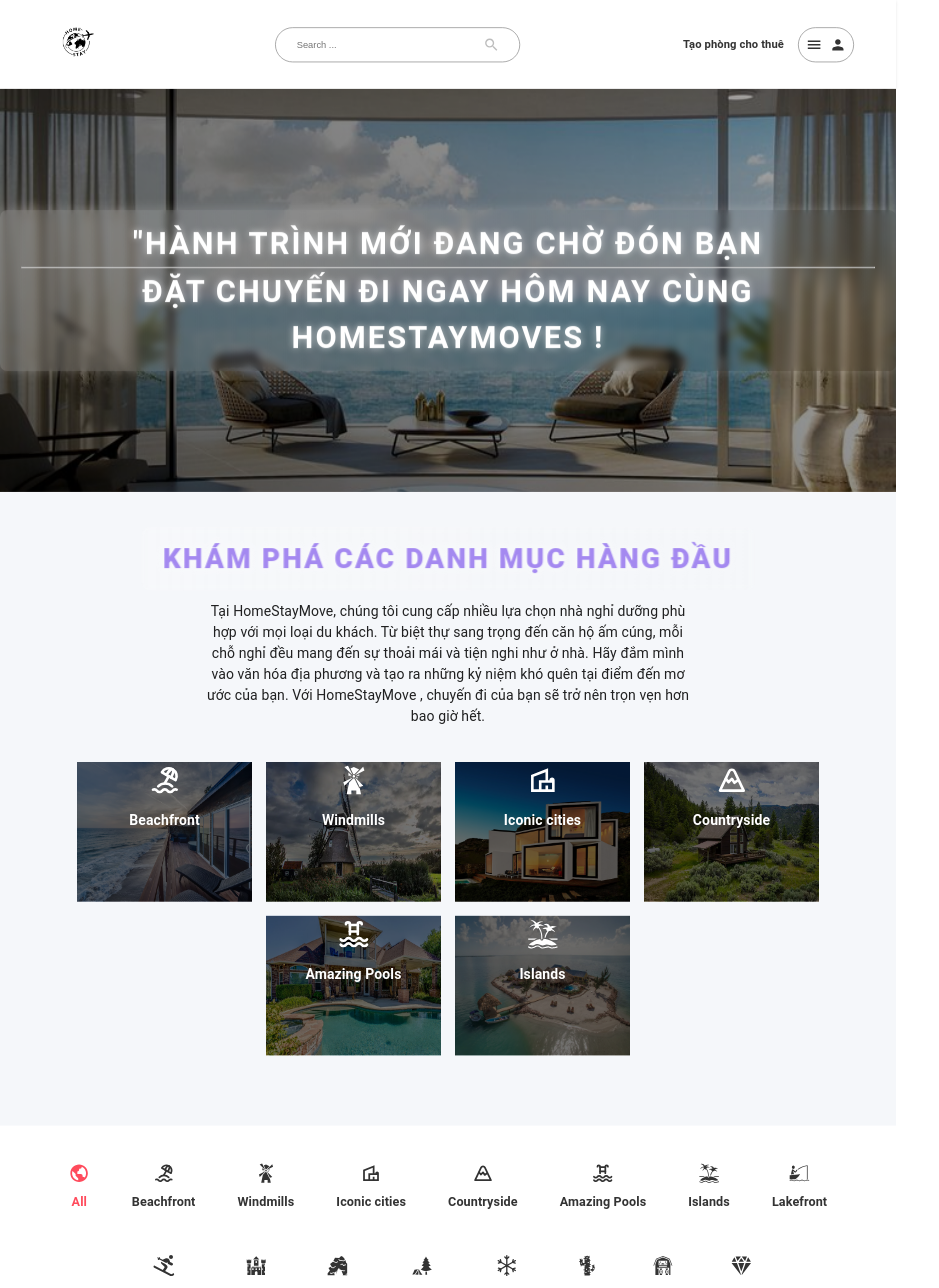
Repository: minhquang203/Homestay
Page: / (app in client/)
An editor plug-in stored every save of this project. The page is shown before and after the next save, followed by the edit.
The browser window is 1280 px wide. The page is 1342 px wide, so the pictures cover 1342 px, including what lies to the right of the window. The pictures show the part of the page from y = 0 to 1840 px (the page is 2829 px tall before and 2839 px after), at 70% of full size.
The page's requests for data from a server got no answer. The project was rebuilt for these pictures with package versions that can differ from the ones it lists, and the page was loaded fresh each time. No one was signed in, and anything a server would have sent is missing. Also part of the build but not shown: client/src/styles/ListingCard.scss, client/src/components/ListingCard.jsx, client/src/styles/variable.scss, client/src/styles/List.scss, client/src/pages/CategoryPage.jsx, client/src/styles/CreateListing.scss, client/src/pages/CreateListing.jsx, client/src/styles/ListingDetails.scss and 17 more.

Above is the page before, as saved 2025-04-03 22:37:58.

### client/public/index.html
<!DOCTYPE html>
<html lang="en">
  <head>
    <meta charset="utf-8" />
    <link rel="icon" href="%PUBLIC_URL%/favicon.ico" />
    <meta name="viewport" content="width=device-width, initial-scale=1" />
    <meta name="theme-color" content="#000000" />
    <meta
      name="description"
      content="Web site created using create-react-app"
    />
    <link rel="apple-touch-icon" href="%PUBLIC_URL%/logo192.png" />
    <link rel="manifest" href="%PUBLIC_URL%/manifest.json" />
    <link rel="preconnect" href="https://fonts.googleapis.com">
    <link rel="preconnect" href="https://fonts.gstatic.com" crossorigin>
    <link href="https://fonts.googleapis.com/css2?family=Nunito:ital,wght@0,200..1000;1,200..1000&display=swap" rel="stylesheet">
    <title>HomeStayMove</title>
  </head>
  <body>
    <div id="root"></div>

  </body>
</html>

### client/src/index.js
import { CssBaseline, ThemeProvider, createTheme } from "@mui/material"; // Thêm vào đây
import React from "react";
import ReactDOM from "react-dom/client";
import { Provider } from "react-redux";
import { PersistGate } from "redux-persist/integration/react";
import App from "./App";
import { persistor, store } from "./Redux/store";

// Tạo theme tùy chỉnh nếu cần thiết
const theme = createTheme({
  palette: {
    primary: {
      main: "#1976d2", // Màu chủ đạo
    },
    secondary: {
      main: "#dc004e", // Màu phụ
    },
  },
});

const root = ReactDOM.createRoot(document.getElementById("root"));
root.render(
  <React.StrictMode>
    <Provider store={store}>
      <PersistGate loading={null} persistor={persistor}>
        <ThemeProvider theme={theme}>
          <CssBaseline />
          <App />
        </ThemeProvider>
      </PersistGate>
    </Provider>
  </React.StrictMode>
);

### client/src/Redux/store.js
// store.js
import { configureStore } from "@reduxjs/toolkit";
import {
  persistStore,
  persistReducer,
  FLUSH,
  REHYDRATE,
  PAUSE,
  PERSIST,
  PURGE,
  REGISTER,
} from "redux-persist";
import storage from "redux-persist/lib/storage";
import userReducer from "./state"; // Đảm bảo đúng đường dẫn đến state.js

// Cấu hình Redux Persist
const persistConfig = {
  key: "root", // Tên của key trong localStorage
  version: 1, // Phiên bản của state để khi có thay đổi sẽ cập nhật lại
  storage, // Chọn phương thức lưu trữ, có thể là localStorage hoặc sessionStorage
};

// Tạo persisted reducer từ userReducer
const persistedReducer = persistReducer(persistConfig, userReducer);

// Tạo store với persistedReducer
export const store = configureStore({
  reducer: persistedReducer, // Dùng persisted reducer để lưu trữ trạng thái người dùng
  middleware: (getDefaultMiddleware) =>
    getDefaultMiddleware({
      serializableCheck: {
        ignoredActions: [FLUSH, REHYDRATE, PAUSE, PERSIST, PURGE, REGISTER], // Bỏ qua các action không thể serialize
      },
    }),
});

// Khởi tạo persistor từ store
export const persistor = persistStore(store);

### client/src/App.css
* {
  margin: 0;
  padding: 0;
  box-sizing: border-box;
  font-family: 'Nunito'sans-serif;
}

### client/src/pages/HomePage.jsx
import Categories from "../components/Categories";
import Footer from "../components/Footer";
import Listings from "../components/Listings";
import Navbar from '../components/Navbar';
import Slide from "../components/Slide";



const HomePage = () => {

  // Lấy thông tin người dùng từ Redux state
  return <div>
    <Navbar/>
    <Slide/>
    <Categories/>
    <Listings/>
    <Footer />
  </div>;
};

export default HomePage;

### client/src/components/Footer.jsx
import { Email, LocalPhone } from "@mui/icons-material";
import { Link } from "react-router-dom";
import "../styles/Footer.scss";
const Footer = () => {
  return (
    <div className="footer">
      <div className="footer_left">
        <a href="/">
          <img src="/assets/logo.png" alt="logo" />
        </a>
      </div>

      <div className="footer_center">
        <h3>Useful Links</h3>
        <ul>
          <li>
            <Link to="/about-us">About Us</Link>
          </li>
          <li>
            <Link to="/terms-and-conditions">Terms and Conditions</Link>
          </li>
          <li>
            <Link to="/return-and-refund-policy">Return and Refund Policy</Link>
          </li>
        </ul>
      </div>

      <div className="footer_right">
        <h3>Contact</h3>
        <div className="footer_right_info">
          <LocalPhone />
          <p>+84 904421394</p>
        </div>
        <div className="footer_right_info">
          <Email />
          <p>homestay@gmail.com</p>
          <p>tranminhquang082003@gmail.com</p>
        </div>
        <img src="/assets/payment.png" alt="payment" />
      </div>
    </div>
  );
};

export default Footer;

### client/src/components/Loader.jsx
import "../styles/Loader.scss";

const Loader = () => {
  return (
    <div className="loader">
      <div className="loader-inner"></div>
    </div>
  );
};

export default Loader;

### client/src/components/Navbar.jsx
import { Menu, Person, Search } from "@mui/icons-material";
import { IconButton } from "@mui/material";
import { useState } from "react";
import { useDispatch, useSelector } from "react-redux";
import { Link, useNavigate } from "react-router-dom";
import { setLogout } from "../Redux/state";
import "../styles/Navbar.scss";
import variables from "../styles/variable.scss";

const Navbar = () => {
  const [dropdownMenu, setDropdownMenu] = useState(false);
  const user = useSelector((state) => state.user);
  const dispatch = useDispatch();
  const [search, setSearch] = useState("")
  const navigate = useNavigate();

  const handleLogout = () => {
    dispatch(setLogout());
    navigate("/login");
  };

  return (
    <div className="navbar">
      <Link to="/">
        <img src="/assets/logo.png" alt="logo" />
      </Link>

      <div className="navbar_search">
        <input
          type="text"
          placeholder="Search ..."
          value={search}
          onChange={(e) => setSearch(e.target.value)}
        />
        <IconButton disabled={search === ""}>
          <Search
            sx={{ color: variables.pinkred }}
            onClick={() => {navigate(`/properties/search/${search}`)}}
          />
        </IconButton>
      </div>

      <div className="navbar_right">
        {/* Hiển thị điều kiện tùy theo trạng thái người dùng */}
        <Link to={user ? "/create-listing" : "/login"} className="navbar_right_host">
          Tạo phòng cho thuê
        </Link>

        {/* Nút tài khoản để mở menu thả xuống */}
        <button
          className="navbar_right_account"
          onClick={() => setDropdownMenu((prev) => !prev)} // Chuyển đổi trạng thái menu thả xuống
        >
          <Menu sx={{ color: variables.darkgrey }} />
          <Person sx={{ color: variables.darkgrey }} />
        </button>

        {/* Menu thả xuống cho người dùng đã đăng nhập */}
        {dropdownMenu && user && (
          <div className="navbar_right_accountmenu">
            <Link to="/profile">Thông Tin</Link>
            <Link to={`/${user._id}/trips`}>Danh sách chuyến đi</Link>
            <Link to={`/${user._id}/wishList`}>Yêu thích </Link>
            <Link to={`/${user._id}/properties`}>Phòng cho thuê </Link>
            <Link to={`/${user._id}/reservations`}>Đặt chỗ </Link>
            <Link to="/login" onClick={handleLogout}>
              Đăng xuất
            </Link>
          </div>
        )}

        {/* Menu thả xuống cho người dùng chưa đăng nhập */}
        {dropdownMenu && !user && (
          <div className="navbar_right_accountmenu">
            <Link to="/login">Đăng nhập</Link>
            <Link to="/register">Đăng ký</Link>
          </div>
        )}
      </div>
    </div>
  );
};

export default Navbar;

### client/src/components/Categories.jsx
import { Link } from "react-router-dom";
import { categories } from "../data";
import "../styles/Categories.scss";

const Categories = () => {
  return (
    <div className="categories">
      <h1>Khám phá các danh mục hàng đầu</h1>
      <p>
        Tại HomeStayMove, chúng tôi cung cấp nhiều lựa chọn nhà nghỉ dưỡng phù hợp
        với mọi loại du khách. Từ biệt thự sang trọng đến căn hộ ấm cúng, mỗi
        chỗ nghỉ đều mang đến sự thoải mái và tiện nghi như ở nhà. Hãy đắm mình
        vào văn hóa địa phương và tạo ra những kỷ niệm khó quên tại điểm đến mơ
        ước của bạn. Với HomeStayMove , chuyến đi của bạn sẽ trở nên trọn vẹn hơn
        bao giờ hết.
      </p>

      <div className="categories_list">
        {categories?.slice(1, 7).map((category, index) => (
          <Link to={`/properties/category/${category.label}`}>
            <div className="category">
              <img src={category.img} alt={category.label} />
              <div className="overlay">
                <div className="category_text">
                  <div className="category_text_icon">
                    {category.icon}
                    <p>{category.label}</p>
                  </div>
                </div>
              </div>
            </div>
          </Link>
        ))}
      </div>
    </div>
  );
};

export default Categories;

### client/src/components/Listings.jsx
import { useEffect, useState } from "react";
import { useDispatch, useSelector } from "react-redux";
import { categories } from "../data";
import { setListings } from "../Redux/state";
import "../styles/Listings.scss";
import ListingCard from "./ListingCard";
import Loader from "./Loader";

const Listings = () => {
  const dispatch = useDispatch();
  const [loading, setLoading] = useState(true);

  const [selectedCategory, setSelectedCategory] = useState("All");

  const listings = useSelector((state) => state.listings);

  const getFeedListings = async () => {
    try {
      const response = await fetch(
        selectedCategory !== "All"
          ? `http://localhost:3002/properties?category=${selectedCategory}`
          : "http://localhost:3002/properties",
        {
          method: "GET",
        }
      );

      const data = await response.json();
      dispatch(setListings({ listings: data }));
      setLoading(false);
    } catch (err) {
      console.log("Fetch Listings Failed", err.message);
    }
  };

  useEffect(() => {
    getFeedListings();
  }, [selectedCategory]);

  return (
    <>
      <div className="category-list">
        {categories?.map((category, index) => (
          <div
            className={`category ${category.label === selectedCategory ? "selected" : ""}`}
            key={index}
            onClick={() => setSelectedCategory(category.label)}
          >
            <div className="category_icon">{category.icon}</div>
            <p>{category.label}</p>
          </div>
        ))}
      </div>

      {loading ? (
        <Loader />
      ) : (
        <div className="listings">
          {listings.map(
            ({
              _id,
              creator,
              listingPhotoPaths,
              city,
              province,
              country,
              category,
              type,
              price,
              booking = false
            }) => (
              <ListingCard
                key={_id}
                listingId={_id}
                creator={creator}
                listingPhotoPaths={listingPhotoPaths}
                city={city}
                province={province}
                country={country}
                category={category}
                type={type}
                price={price}
                booking ={booking}
              />
            )
          )}
        </div>
      )}
    </>
  );
};

export default Listings;

### client/src/components/Slide.jsx
import "../styles/Slide.scss";

const Slide = () => {
  return (
    <div className="slidePage">
      <h1>
        "Hành trình mới đang chờ đón bạn <hr/>   Đặt chuyến đi ngay hôm nay cùng
        HomeStayMoves !
      </h1>
    </div>
  );
};

export default Slide;

### client/src/styles/Footer.scss
@import "./variable.scss";
@import "./breakpoints.scss";

.footer {
  display: flex;
  justify-content: space-between;
  align-items: center;
  gap: 50px;
  padding: 10px 70px;

  @include lg {
    padding: 10px 30px;
  }

  &_left {
    max-width: 400px;

    img {
      max-width: 150px;
      margin-bottom: 20px;
    }

    &_socials {
      display: flex;
      gap: 25px;
      margin-top: 20px;

      &_icon {
        width: 40px;
        height: 40px;
        border-radius: 50%;
        background-color: $pinkred;
        display: flex;
        justify-content: center;
        align-items: center;
        cursor: pointer;
        transition: all 0.5s ease-in-out;

        &:hover {
          transform: scale(1.2);
        }
      }
    }
  }

  &_center {
    text-decoration: none;

    ul {
      list-style: none;
      margin-top: 20px;
      cursor: pointer;

      li:hover {
        color: $pinkred
      }

      a {
        text-decoration: none;
        color: black;

        &:hover {
          color: $pinkred;
        }
      }
    }

    @include md {
      display: none;
    }
  }

  &_right {
    max-width: 350px;

    h3 {
      margin-bottom: 20px;
    }

    &_info {
      display: flex;

      p {
        margin-left: 20px;
        margin-bottom: 15px;
      }
    }

    @include sm {
      display: none;
    }
  }
}

### client/src/styles/Loader.scss
.loader {
    display: flex;
    justify-content: center;
    align-items: center;
    height: 100vh;
  }

  .loader-inner {
    border: 6px solid #f3f3f3;
    border-top: 6px solid #3498db;
    border-radius: 50%;
    width: 40px;
    height: 40px;
    animation: spin 2s linear infinite;
  }

  @keyframes spin {
    0% { transform: rotate(0deg); }
    100% { transform: rotate(360deg); }
  }

### client/src/styles/Navbar.scss
@import "./breakpoints.scss";
@import "./variable.scss";

.navbar {
  padding: 10px 60px;
  display: flex;
  justify-content: space-between;
  align-items: center;
  position: relative;
  background-color: #ffff;
  box-shadow: $box-shadow-small;  // Dùng biến shadow nhỏ cho navbar

  @include media-query(sm) {
    padding: 10px 20px;
  }

  img {
    width: 100px;
    cursor: pointer;
  }

  &_search {
    border: 1px solid $grey;
    border-radius: 30px;
    height: 50px;
    padding: 0 20px;
    display: flex;
    gap: 20px;
    align-items: center;
    width: 350px;

    input {
      border: none;
      outline: none;
      flex: 1;
      padding: 5px 10px;
    }

    &:hover {
      box-shadow: $box-shadow-small;
    }

    @include media-query(lg) {
      width: 500px;
    }

    @include media-query(sm) {
      display: none;
    }
  }

  &_right {
    display: flex;
    align-items: center;
    gap: 20px;

    .navbar_right_host {
      text-decoration: none;
      color: $darkgrey;
      font-weight: 700;
      cursor: pointer;

      &:hover {
        color: $pinkred;
      }

      @include media-query(sm) {
        display: none;
      }
    }

    &_account {
      height: 50px;
      display: flex;
      align-items: center;
      padding: 0 10px;
      border: 1px solid $grey;
      border-radius: 30px;
      gap: 10px;
      background-color: #ffff;
      cursor: pointer;
      transition: box-shadow 0.3s ease;

      &:hover {
        box-shadow: $box-shadow-large;
      }

      svg {
        color: $darkgrey;
      }
    }

    &_accountmenu {
      position: absolute;
      background-color: #ffff;
      right: 60px;
      top: 80px;
      display: flex;
      flex-direction: column;
      width: 200px;
      padding: 10px 0;
      border: 1px solid $lightgrey;
      border-radius: 20px;
      box-shadow: $box-shadow-large;
      z-index: 9999;

      @include media-query(sm) {
        right: 20px;
      }

      a {
        width: 100%;
        padding: 8px 15px;
        text-decoration: none;
        color: $grey;
        font-weight: 700;
        display: block;

        &:hover {
          color: $pinkred;
          background-color: rgba(217, 213, 213, 0.2);
        }
      }
    }
  }
}

### client/src/styles/breakpoints.scss
  $breakpoints: (
    xs: 480px,
    sm: 768px,
    md: 992px,
    lg: 1200px,
    xl: 1400px
  );

  // Mixin media-query để dễ sử dụng các điểm ngắt
  @mixin media-query($size) {
    $breakpoint: map-get($breakpoints, $size);

    @if $breakpoint {
      @media (max-width: #{$breakpoint}) {
        @content;
      }
    } @else {
      @warn "Breakpoint '#{$size}' không tồn tại trong danh sách breakpoints!";
    }
  }
  @mixin sm {
    @media (max-width: map-get($breakpoints, "sm")) {
        @content;
    }
}

@mixin mm {
    @media (max-width: map-get($breakpoints, "mm")) {
        @content;
    }
}

@mixin md {
    @media (max-width: map-get($breakpoints, "md")) {
        @content;
    }
}

@mixin ml {
    @media (max-width: map-get($breakpoints, "ml")) {
        @content;
    }
}

@mixin lg {
    @media (max-width: map-get($breakpoints, "lg")) {
        @content;
    }
}

@mixin xl {
    @media (max-width: map-get($breakpoints, "xl")) {
        @content;
    }
}

  // Mixin để tạo kiểu cho button
  @mixin buttonStyle {
    padding: 10px 15px;
    background-color: $pinkred;
    border: none;
    font-size: 20px;
    font-weight: 600;
    cursor: pointer;
    transform: 0.3s ease;
    color: white;
    border-radius: 10px;
  }
  // Mixin flex-center để căn giữa các phần tử theo cả chiều ngang và dọc
@mixin flex-center {
  display: flex;
  justify-content: center;
  align-items: center;
}

### client/src/styles/Categories.scss
@import "./variable.scss";
@import "./breakpoints.scss";

.categories {
  padding: 50px 60px;
  display: flex;
  flex-direction: column;
  align-items: center;
  text-align: center;
  background-color: $lightgrey;


  h1 {
    color: $blue;
    font-size: 40px;
    font-weight: 800;
    margin-bottom: 15px;
  }

  p {
    max-width: 700px;
    font-size: 20px;
  }

  .categories_list {
    display: flex;
    flex-wrap: wrap;
    padding: 50px 0;
    justify-content: center;
    gap: 20px;

    a {
      text-decoration: none;
    }

    .category {
      position: relative;
      display: flex;
      justify-content: center;
      align-items: center;
      width: 250px;
      height: 200px;
      cursor: pointer;

      img {
        position: absolute;
        width: 100%;
        height: 100%;
      }

      .overlay {
        position: absolute;
        width: 100%;
        height: 100%;
        background-color: rgba(0, 0, 0, 0.55);
        transition: 0.3s ease-in-out;
      }

      &_text {
        position: relative;
        color: white;

        &_icon {
          font-size: 45px;
        }

        p {
          font-weight: 600;
        }
      }

      &:hover {
        .overlay {
          width: 80%;
          height: 80%;
        }
      }

    }
  }
}

### client/src/styles/Listings.scss
@import "./variable.scss";
@import "./breakpoints.scss";

.category-list {
  padding: 50px 80px;
  display: flex;
  justify-content: center;
  flex-wrap: wrap;
  gap: 60px;

  @include sm {
    padding: 50px 20px;
  }

  .category {
    display: flex;
    flex-direction: column;
    align-items: center;
    color: $darkgrey;
    cursor: pointer;

    &_icon {
      font-size: 30px;
    }

    p {
      font-size: 18px;
      font-weight: 700;
    }

    &:hover {
      color: $pinkred;
    }
  }

  .selected {
    color: $pinkred;
  }
}

.listings {
  padding: 0 60px 120px;
  display: flex;
  flex-wrap: wrap;
  justify-content: center;
  gap: 5px;

  @include lg {
    padding: 0 20px 120px;
  }
}

### client/src/styles/Slide.scss
.slidePage {
  width: 100vw;
  height: 80vh;
  background: linear-gradient(45deg, rgba(0, 0, 0, 0.7), rgba(0, 0, 0, 0.3)),
    url("../../public/assets/slide.jpg");
  background-position: center;
  background-size: cover;
  background-repeat: no-repeat;
  position: relative;
  display: flex;
  justify-content: center;
  align-items: center;
  text-align: center;
  overflow: hidden;

  animation: zoomIn 1.5s ease-out forwards;
}

/* Hiệu ứng zoom-in khi xuất hiện */
@keyframes zoomIn {
  0% {
    opacity: 0;
    transform: scale(0.8);
  }
  100% {
    opacity: 1;
    transform: scale(1);
  }
}

h1 {
  font-size: 44px;
  font-weight: bold;
  text-transform: uppercase;
  letter-spacing: 3px;
  color: white;
  position: relative;
  z-index: 1;
  padding: 15px 30px;
  border-radius: 10px;
  background: linear-gradient(90deg, rgba(255, 255, 255, 0.2), rgba(255, 255, 255, 0));
  backdrop-filter: blur(5px);
  overflow: hidden;
  box-shadow: 0 0 20px rgba(255, 255, 255, 0.2);

  animation: glowText 3s infinite alternate ease-in-out;
}

/* Hiệu ứng ánh sáng động */
@keyframes glowText {
  0% {
    text-shadow: 0 0 10px rgba(255, 255, 255, 0.6);
  }
  100% {
    text-shadow: 0 0 25px rgba(255, 255, 255, 1);
  }
}

Loaded but not shown: client/src/data.js (270 lines, source omitted); client/src/App.js (46 lines, source omitted); client/src/Redux/state.js (69 lines, source omitted)

After the next save:
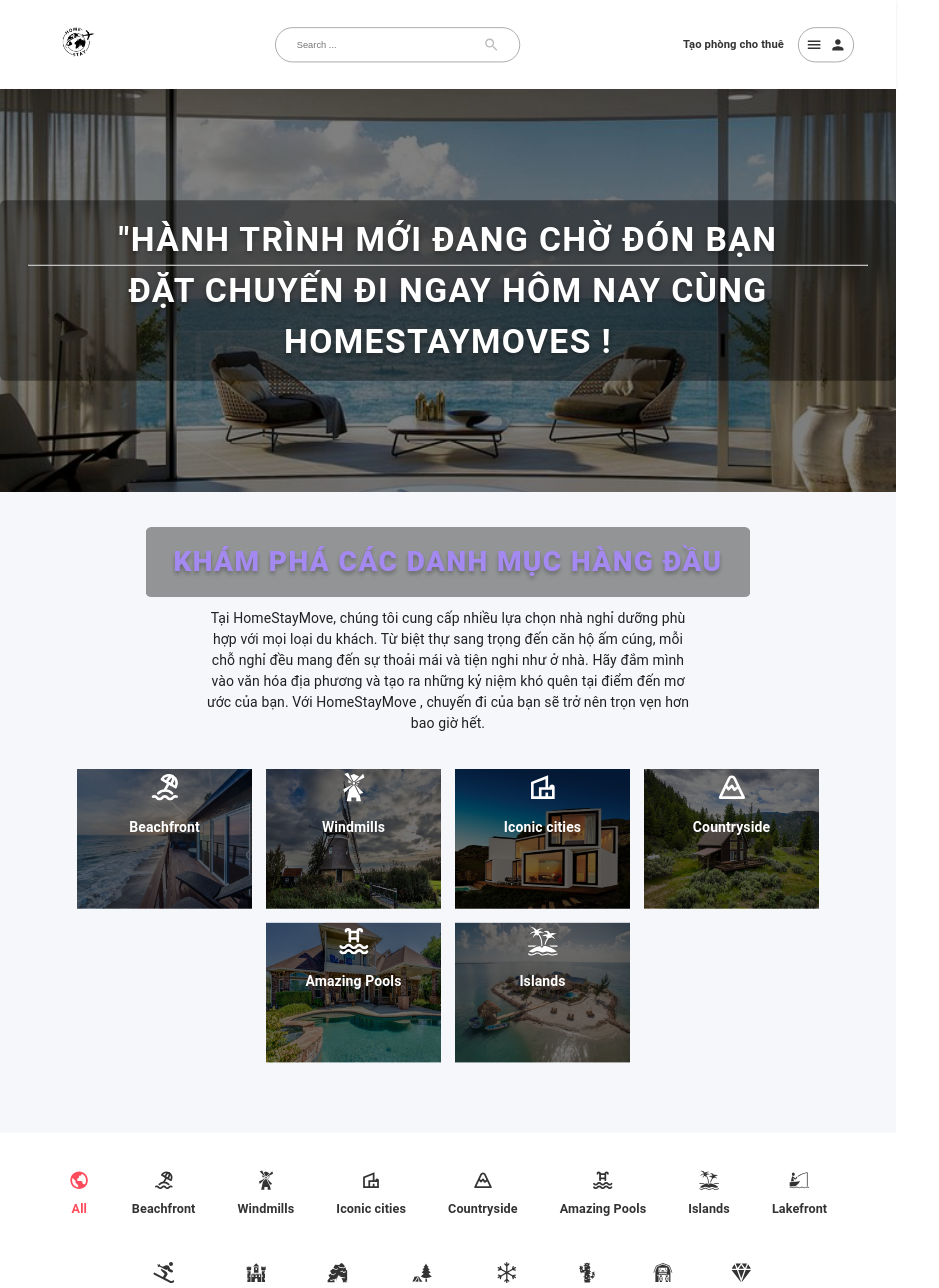
Saved 50 s later.
--- a/client/src/styles/Slide.scss
+++ b/client/src/styles/Slide.scss
@@ -1,57 +1,42 @@
 .slidePage {
   width: 100vw;
   height: 80vh;
-  background: linear-gradient(45deg, rgba(0, 0, 0, 0.7), rgba(0, 0, 0, 0.3)),
+  background: linear-gradient(180deg, rgba(0, 0, 0, 0.5), rgba(0, 0, 0, 0.5)),
     url("../../public/assets/slide.jpg");
   background-position: center;
   background-size: cover;
   background-repeat: no-repeat;
-  position: relative;
   display: flex;
   justify-content: center;
   align-items: center;
   text-align: center;
-  overflow: hidden;
+  position: relative;
 
-  animation: zoomIn 1.5s ease-out forwards;
+  animation: fadeIn 1.5s ease-out forwards;
 }
 
-/* Hiệu ứng zoom-in khi xuất hiện */
-@keyframes zoomIn {
+/* Hiệu ứng fade-in mượt mà */
+@keyframes fadeIn {
   0% {
     opacity: 0;
-    transform: scale(0.8);
   }
   100% {
     opacity: 1;
-    transform: scale(1);
   }
 }
 
 h1 {
-  font-size: 44px;
-  font-weight: bold;
+  font-size: 48px;
+  font-weight: 700;
   text-transform: uppercase;
-  letter-spacing: 3px;
+  letter-spacing: 2px;
   color: white;
   position: relative;
   z-index: 1;
-  padding: 15px 30px;
-  border-radius: 10px;
-  background: linear-gradient(90deg, rgba(255, 255, 255, 0.2), rgba(255, 255, 255, 0));
-  backdrop-filter: blur(5px);
-  overflow: hidden;
-  box-shadow: 0 0 20px rgba(255, 255, 255, 0.2);
+  padding: 20px 40px;
+  border-radius: 8px;
+  background: rgba(0, 0, 0, 0.4); /* Nền mờ nhẹ */
 
-  animation: glowText 3s infinite alternate ease-in-out;
+  /* Tạo hiệu ứng bóng đổ nhẹ cho chữ */
+  text-shadow: 0 4px 6px rgba(0, 0, 0, 0.3);
 }
-
-/* Hiệu ứng ánh sáng động */
-@keyframes glowText {
-  0% {
-    text-shadow: 0 0 10px rgba(255, 255, 255, 0.6);
-  }
-  100% {
-    text-shadow: 0 0 25px rgba(255, 255, 255, 1);
-  }
-}
